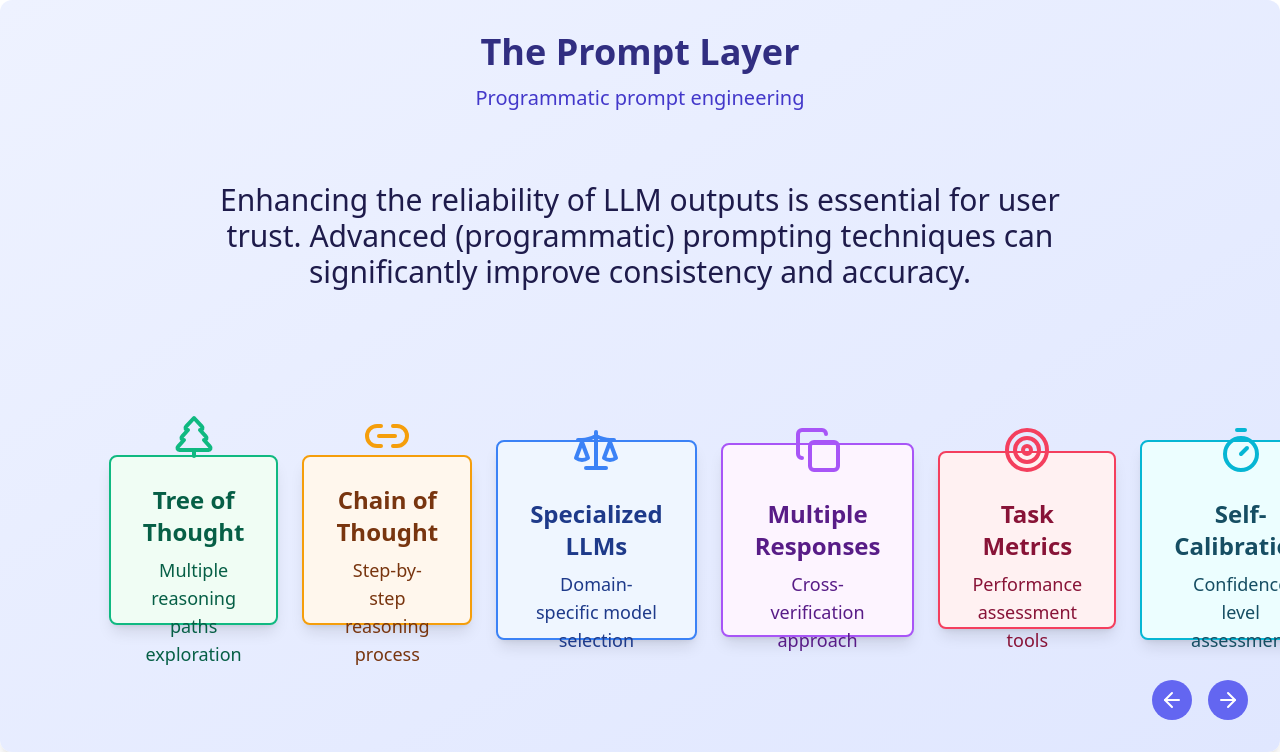
Repository: Galbaz1/dell_presentation
Page: /slide7
The author's editor kept a copy of each file at every save. The page is drawn from the files as they stood at one save, then again after the next save.
The browser window is 1280 px wide. The pictures show the whole page.
The project was rebuilt for these pictures with package versions that can differ from the ones it lists, and the page was loaded fresh each time. The framework's server and built-in components were replaced by stand-ins that run in the browser. Also part of the build but not shown: styles/animations/slide1.css, styles/animations/slide2.css.

Above is the page before, as saved 2024-11-12 14:40:50.

After the next save:
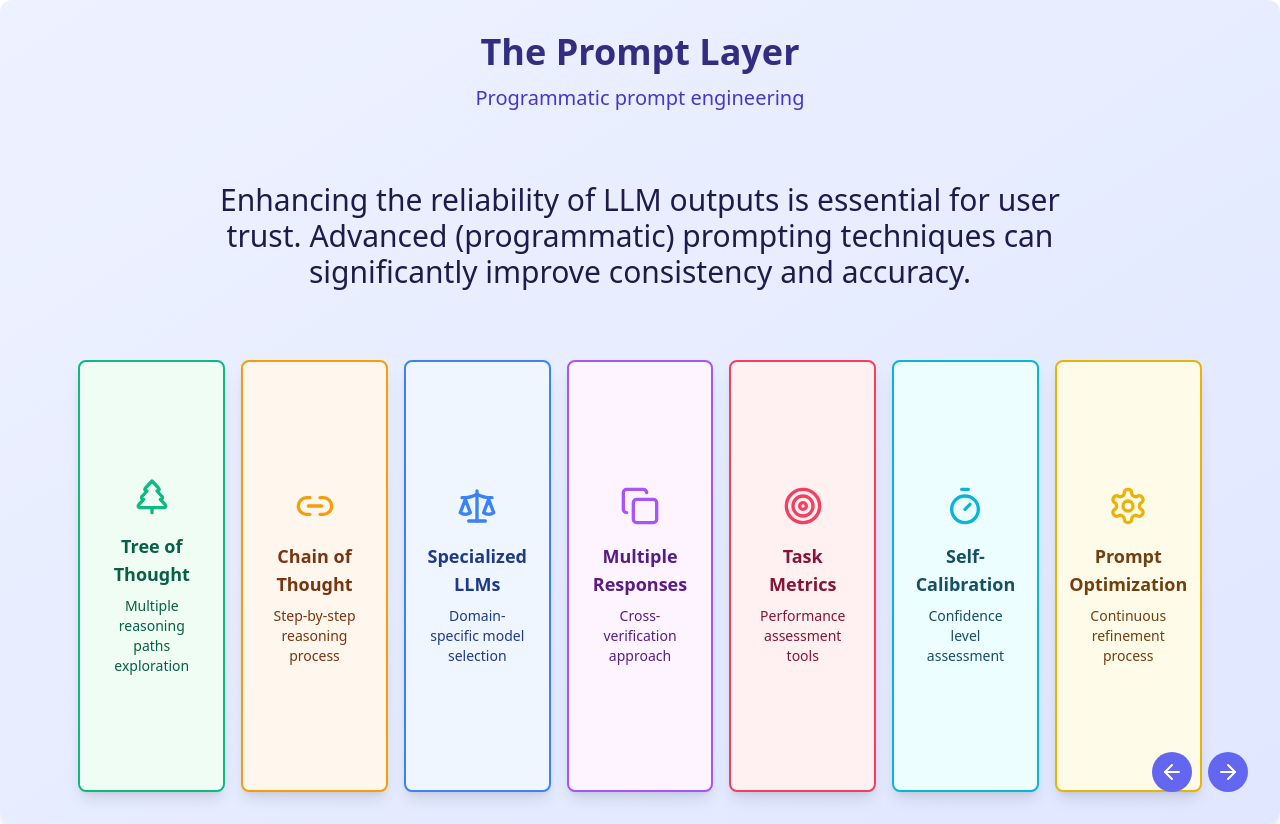
Saved 7 s later.
--- a/pages/slide7.tsx
+++ b/pages/slide7.tsx
@@ -183,15 +183,16 @@ const Slide7: React.FC = () => {
 
       {/* Blocks Container */}
       <motion.div
-        className="max-w-[90%] mx-auto flex justify-between items-center gap-6 px-4 h-[50vh]"
+        className="max-w-[95%] mx-auto grid grid-cols-7 gap-4 px-4"
         variants={containerVariants}
         initial="hidden"
         animate="visible"
+        style={{ height: '60vh' }}
       >
         {blocks.map((block, index) => (
           <motion.div
             key={block.title}
-            className="flex-1 transform scale-130"
+            className="w-full h-full"
             variants={blockVariants}
             custom={index}
             whileHover="hover"
@@ -199,10 +200,14 @@ const Slide7: React.FC = () => {
             onHoverEnd={() => setHoveredBlock(null)}
           >
             <div
-              className="relative p-8 rounded-lg shadow-lg border-2 aspect-square"
+              className="h-full relative p-6 rounded-lg shadow-lg border-2"
               style={{
                 backgroundColor: block.color.bg,
-                borderColor: block.color.border
+                borderColor: block.color.border,
+                display: 'flex',
+                flexDirection: 'column',
+                justifyContent: 'center',
+                alignItems: 'center'
               }}
             >
               {/* Glow effect on hover */}
@@ -220,9 +225,9 @@ const Slide7: React.FC = () => {
                 />
               )}
 
-              <div className="h-full flex flex-col items-center justify-center text-center">
+              <div className="flex flex-col items-center justify-center text-center h-full">
                 <motion.div
-                  className="mb-6"
+                  className="mb-4"
                   animate={hoveredBlock === index ? {
                     scale: [1, 1.2, 1],
                     rotate: [0, 360],
@@ -230,18 +235,18 @@ const Slide7: React.FC = () => {
                   } : {}}
                   style={{ color: block.color.border }}
                 >
-                  {React.cloneElement(block.icon, { className: "w-12 h-12" })}
+                  {React.cloneElement(block.icon, { className: "w-10 h-10" })}
                 </motion.div>
 
                 <h3
-                  className="text-2xl font-semibold mb-2"
+                  className="text-lg font-semibold mb-2"
                   style={{ color: block.color.text }}
                 >
                   {block.title}
                 </h3>
 
                 <p
-                  className="text-lg"
+                  className="text-sm"
                   style={{ color: block.color.text }}
                 >
                   {block.description}
